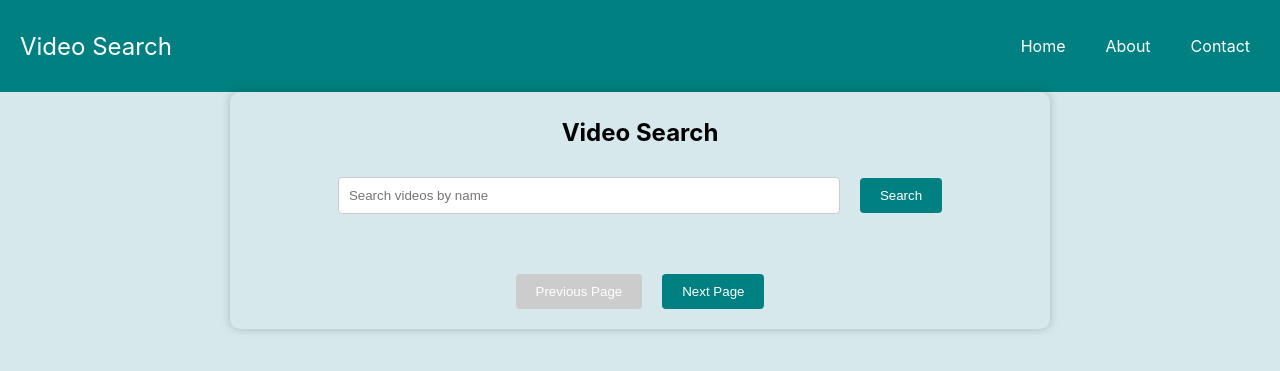
Repository: LolaSL/video-search
Page: /
These files come from the project's save history. The page is drawn as it stood at one moment and after the next save; the edit follows.
The browser window is 1280 px wide. The pictures show the whole page.
The project was rebuilt for these pictures with package versions that can differ from the ones it lists, and the page was loaded fresh each time.

Above is the page before, as saved 2023-08-12 14:29:26.

### src/App.js
import React from 'react';
import './App.css';
import VideoSearch from './VideoSearch.jsx';
import Navbar from './Navbar.jsx';
import { BrowserRouter as Router } from 'react-router-dom';

function App() {
  return (
    <Router>
      <div className="App">
        <Navbar />
        <div className="container">
          <VideoSearch />
        </div>
      </div>
    </Router>
  );
}

export default App;

### src/App.css
.App {
  text-align: center;
  text-shadow: 1px 1px solid grey;
  background:#d6e8eb ;
  height: 100vh;
}

/* .container {
  max-width: 800px;
  margin: 0 auto;


} */

h1 {
  font-size: 24px;
  margin-bottom: 20px;
}

input[type="text"] {
  padding: 10px;
  width: 60%;
  margin: 10px;
  border: 1px solid #ccc;
  border-radius: 4px;
}

.video-search-container {
  max-width: 800px;
  margin: 0 auto;
  padding: 10px;
  border-radius: 10px;
  box-shadow: 0 0 10px rgba(0, 0, 0, 0.2);
  height: auto;
}

/* Video List */
.video-list {
  display: grid;
  grid-template-columns: repeat(auto-fill, minmax(300px, 1fr));
  gap: 20px;
  margin-top: 20px;
}

/* Video Item */
.video-item {
  background-color: #ffffff;
  border-radius: 10px;
  box-shadow: 0 4px 6px rgba(0, 0, 0, 0.1);
}

.video-container {
  position: relative;
  overflow: hidden;
  padding-top: 56.25%;
}

.video-frame {
  position: absolute;
  top: 0;
  left: 0;
  width: 100%;
  height: 100%;
}

.video-iframe {
  width: 100%;
  height: 100%;
  border: none;
}

button {
  margin: 10px;
  padding: 10px 20px;
  background: teal;
  color: #fff;
  border: none;
  border-radius: 4px;
  cursor: pointer;
}

button:disabled {
  background-color: #ccc;
  cursor: not-allowed;
}

iframe {
  width: 100%;
  height: 415px;
  border: none;
  margin-top: 15px;
}

.video-item {
  margin: 20px 0;
  padding: 20px;
  border: 1px solid #ccc;
  border-radius: 4px;
}

.video-title {
  font-size: 18px;
  margin-bottom: 10px;
}

.pagination {
  margin-top: 20px;
}

.pagination button {
  margin-right: 10px;
}
/* Navbar styles */
.navbar {
  display: flex;
  justify-content: space-between;
  align-items: center;
  padding: 10px 20px;
  background: teal;
  color: white;
}

.navbar-logo {
  font-size: 1.5rem;
}

.nav-toggle {
  display: none;
  background: none;
  border: none;
  color: white;
  font-size: 1rem;
  cursor: pointer;
}

.navbar-nav {
  list-style: none;
  display: flex;
  gap: 20px;
}

.nav-item {
  padding: 10px;
}

.nav-link {
  color: white;
  text-decoration: none;
}

/* Show the navigation links when the navbar is open */
.navbar-nav.open {
  display: flex;
  flex-direction: column;
  position: absolute;
  background-color: #333;
  top: 55px;
  right: 20px;
  z-index: 1000;
}

@media screen and (max-width: 768px) {
  .container {
    padding: 10px;
    margin: 30px;
  }

  input[type="text"] {
    width: 80%;
    margin: 20px;
    margin-bottom: 10px;
  }

  button {
    width: 50%;
    margin-bottom: 10px;
  }

  .video-item {
    padding: 10px;
    margin: 10px 20px;
  }

  .pagination {
    text-align: center;
  }
}

### src/VideoSearch.jsx
import React, { useState } from 'react';
import axios from "axios";

const API_KEY = 'AIzaSyAZw_7fp6hzKHZ_UNfC9jRiNJBWZQnTOmM';
const CHANNEL_ID = 'CSgDjZ_Vv8g';
const RESULTS_PER_PAGE = 10;


const VideoSearch = () => {
  const [videos, setVideos] = useState([]);
  const [searchTerm, setSearchTerm] = useState('');
  const [currentPage, setCurrentPage] = useState(1);

  const searchVideos = async () => {
    try {
      const response = await axios.get(
        `https://www.googleapis.com/youtube/v3/search?key=${API_KEY}&channelId=${CHANNEL_ID}&part=snippet,id&type=video&q=${searchTerm}&maxResults=${RESULTS_PER_PAGE}&pageToken=${currentPage > 1 ? videos.length : ''}`
      );

      setVideos(response.data.items);
    } catch (error) {
      console.error('Error fetching videos:', error);
    }
  };

  const handlePageChange = (newPage) => {
    setCurrentPage(newPage);
    searchVideos();
  };

  return (
    <div className="video-search-container">
      <h1>Video Search</h1>
      <input
        type="text"
        placeholder="Search videos by name"
        value={searchTerm}
        onChange={(e) => setSearchTerm(e.target.value)}
      />
      <button onClick={() => handlePageChange(1)}>Search</button>

      <div className="video-list">
        {videos.map((video) => (
          <div key={video.id.videoId} className="video-item">
            <h2>{video.snippet.title}</h2>
            <div className="video-container">
              <div className="video-frame">
                <iframe
                  title={video.snippet.title}
                  src={`https://www.youtube.com/embed/${video.id.videoId}`}
                  className="video-iframe"
                  allowFullScreen
                ></iframe>
              </div>
            </div>
          </div>
        ))}
      </div>

      <div className="pagination">
        <button
          onClick={() => handlePageChange(currentPage - 1)}
          disabled={currentPage === 1}
        >
          Previous Page
        </button>
        <button onClick={() => handlePageChange(currentPage + 1)}>Next Page</button>
      </div>
    </div>
  );
};

export default VideoSearch;

### src/Navbar.jsx
import React, { useState } from 'react';
import { Link } from 'react-router-dom';

const Navbar = () => {
  const [isNavOpen, setIsNavOpen] = useState(false);

  const toggleNav = () => {
    setIsNavOpen(!isNavOpen);
  };

  return (
    <nav className="navbar">
      <div className="navbar-brand">
        <span className="navbar-logo">Video Search</span>
      </div>
      <button className="nav-toggle" onClick={toggleNav}>
        {isNavOpen ? 'Close' : 'Open'}
      </button>
      <ul className={`navbar-nav ${isNavOpen ? 'open' : ''}`}>
        <li className="nav-item">
          <Link to="/" className="nav-link">Home</Link>
        </li>
        <li className="nav-item">
          <Link to="/about" className="nav-link">About</Link>
        </li>
        <li className="nav-item">
          <Link to="/contact" className="nav-link">Contact</Link>
        </li>
      </ul>
    </nav>
  );
};

export default Navbar;

Loaded but not shown: public/index.html (common file); src/index.js (common file); src/index.css (common file); src/reportWebVitals.js (common file)

After the next save:
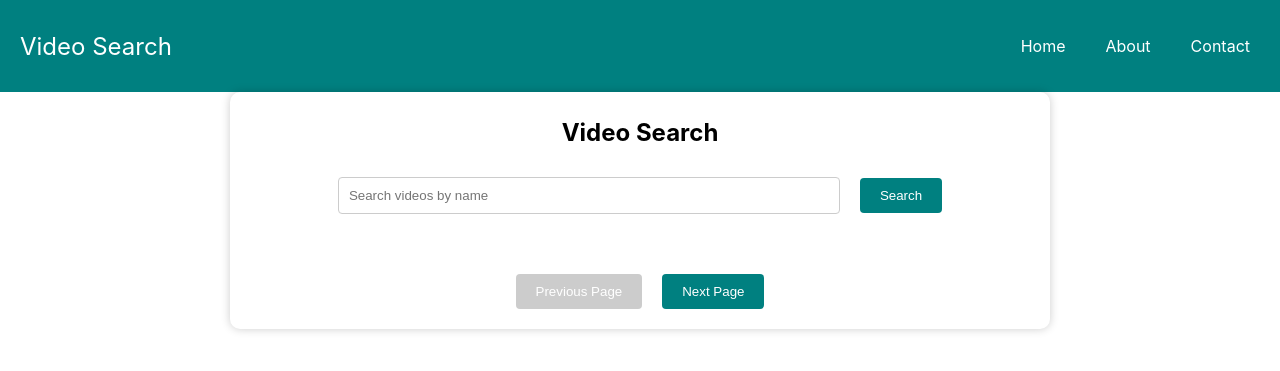
Saved 11 s later.
--- a/src/App.css
+++ b/src/App.css
@@ -1,7 +1,6 @@
 .App {
   text-align: center;
   text-shadow: 1px 1px solid grey;
-  background:#d6e8eb ;
   height: 100vh;
 }
 
